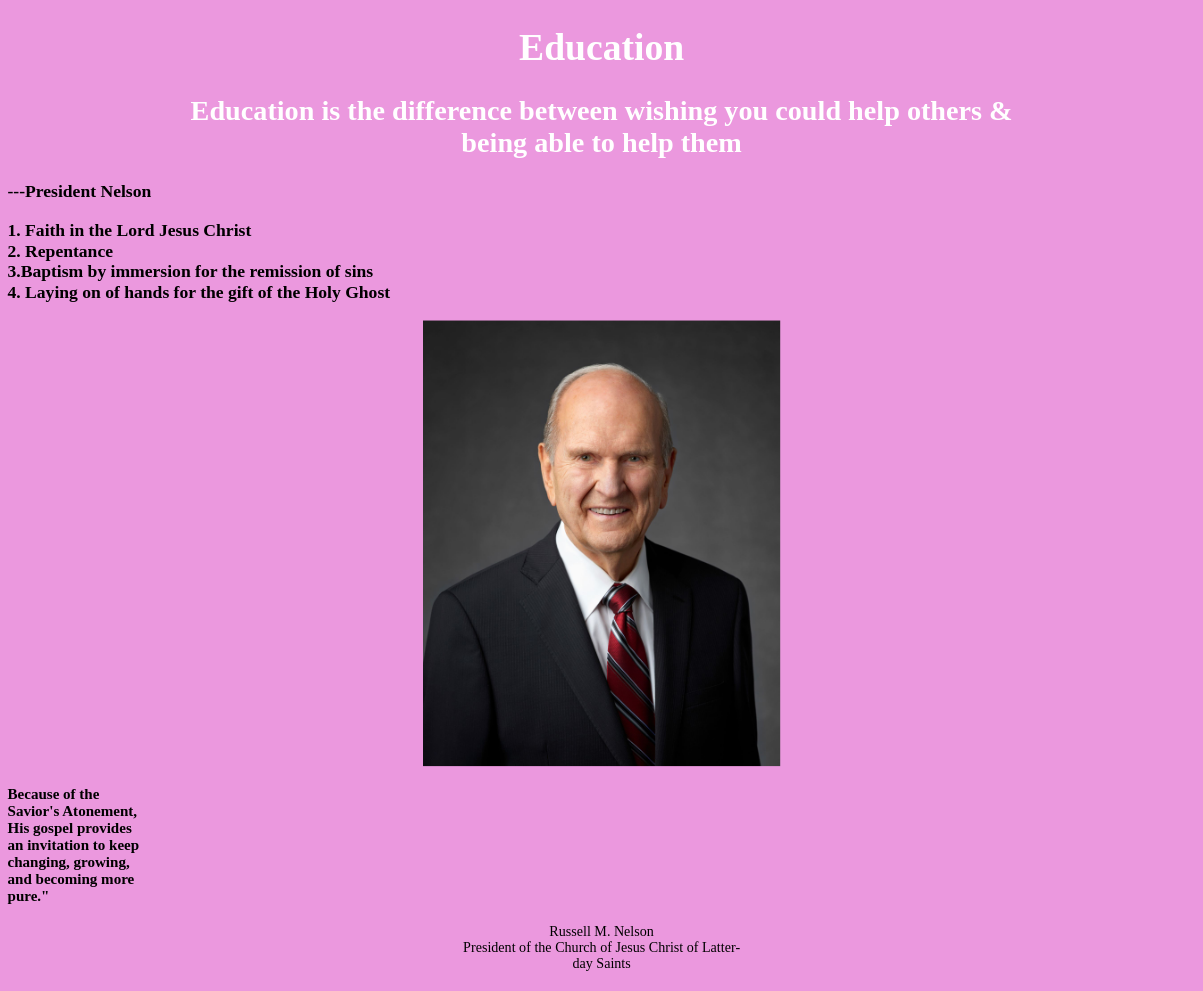
Repository: mszakutumela/wdd130
Page: W04_Challenge/index.html
An editor plug-in stored every save of this project. The page is shown before and after a run of saves, followed by the edit.
The browser window is 1280 px wide. The pictures show the whole page, at 94% of full size.

Above is the page before, as saved 2023-06-05 12:51:57.

### W04_Challenge/index.html
<!DOCTYPE html>
<html lang="en">
<head>
    <title>W04 Challenge</title>
    <link rel="stylesheet" href="styles/styles.css" />
</head>
<body>
    <main>
        <h1>Education</h1>
        <h2>Education is the difference between wishing you could help others & <br>
            being able to help them</h>
        <h3>---President Nelson</h>
        <p> 1. Faith in the Lord Jesus Christ <br>
            2. Repentance <br>
            3.Baptism by immersion for the remission of sins <br>
            4. Laying on of hands for the gift of the Holy Ghost</p>
        <img alt="Image of President Nelson" src="images/russell_nelson_official_portrait_2018.jpeg">
        <h4>Because of the <br>
            Savior's Atonement, <br>
            His gospel provides <br>
            an invitation to keep <br>
            changing, growing, <br>
            and becoming more <br>
            pure."</h4>
    </main>
    <footer>
        <p>Russell M. Nelson <br>
            President of the Church of Jesus Christ of Latter- <br>
            day Saints</p>
    </footer>

</body>
</html>

### W04_Challenge/styles/styles.css
body {
    /* text-align: center; */
    background-color: rgb(235, 152, 222);
    }
img {
    width: 30%;
    display: block;
    margin: 0 auto;
}
h1 {
    color: white;
    text-align: center;
    font-size: 40px;
}
p1 {
    color: white;
    text-align: right;
}
p2 {
    color: white;
    text-align: center;
}
p3 {
    color: black;
    /* text-align: center;   */
}
h2 {
    color: white;
    text-align: center;
    font-size: 30px;
}
footer p {
    font-size: 15px;
    margin: 20px auto;
    text-align: center;
}
}

After the next 2 saves:
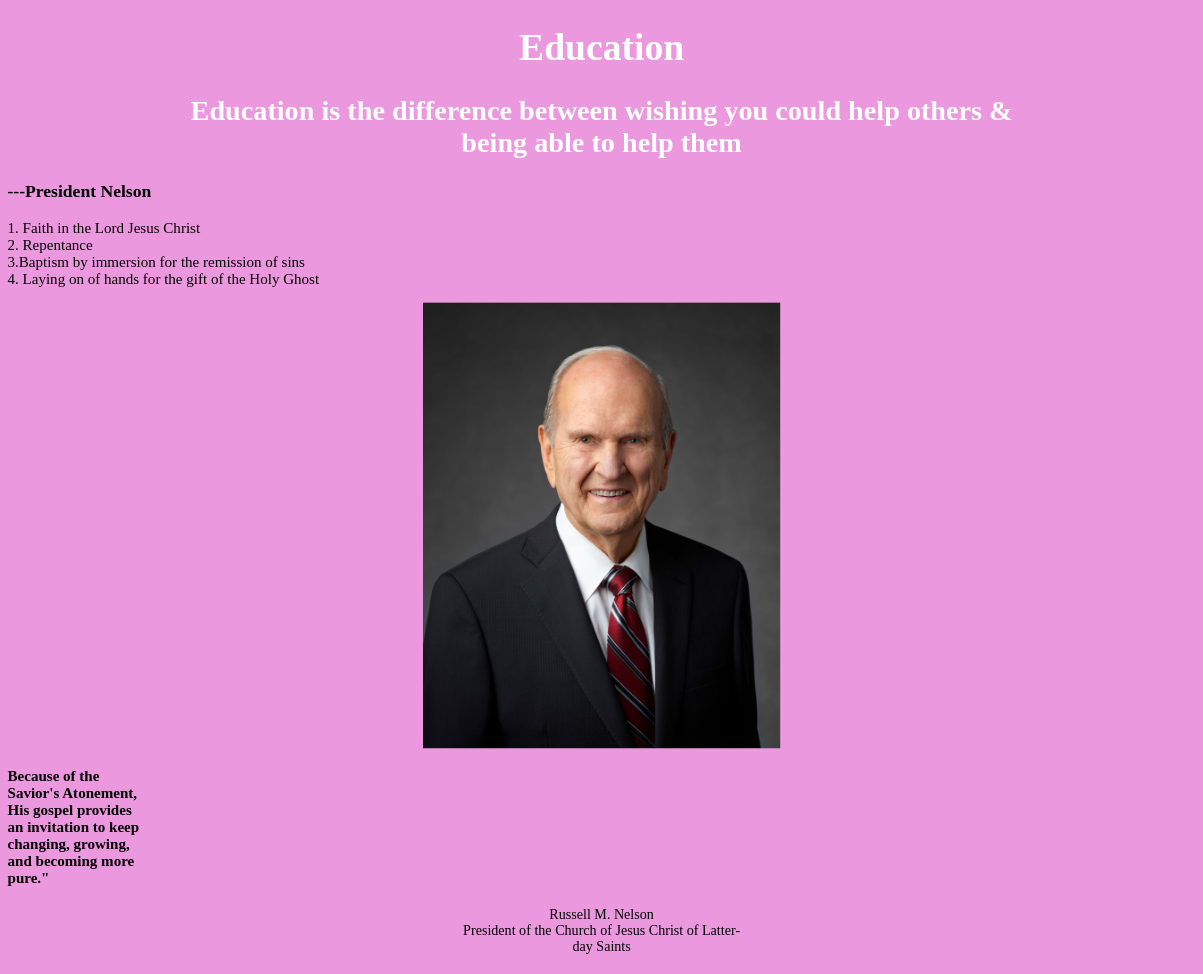
The 2 saves are shown as one change because they came seconds apart.
The last was saved 13 s later.
--- a/W04_Challenge/index.html
+++ b/W04_Challenge/index.html
@@ -8,8 +8,8 @@
     <main>
         <h1>Education</h1>
         <h2>Education is the difference between wishing you could help others & <br>
-            being able to help them</h>
-        <h3>---President Nelson</h>
+            being able to help them</h2>
+        <h3>---President Nelson</h3>
         <p> 1. Faith in the Lord Jesus Christ <br>
             2. Repentance <br>
             3.Baptism by immersion for the remission of sins <br>
